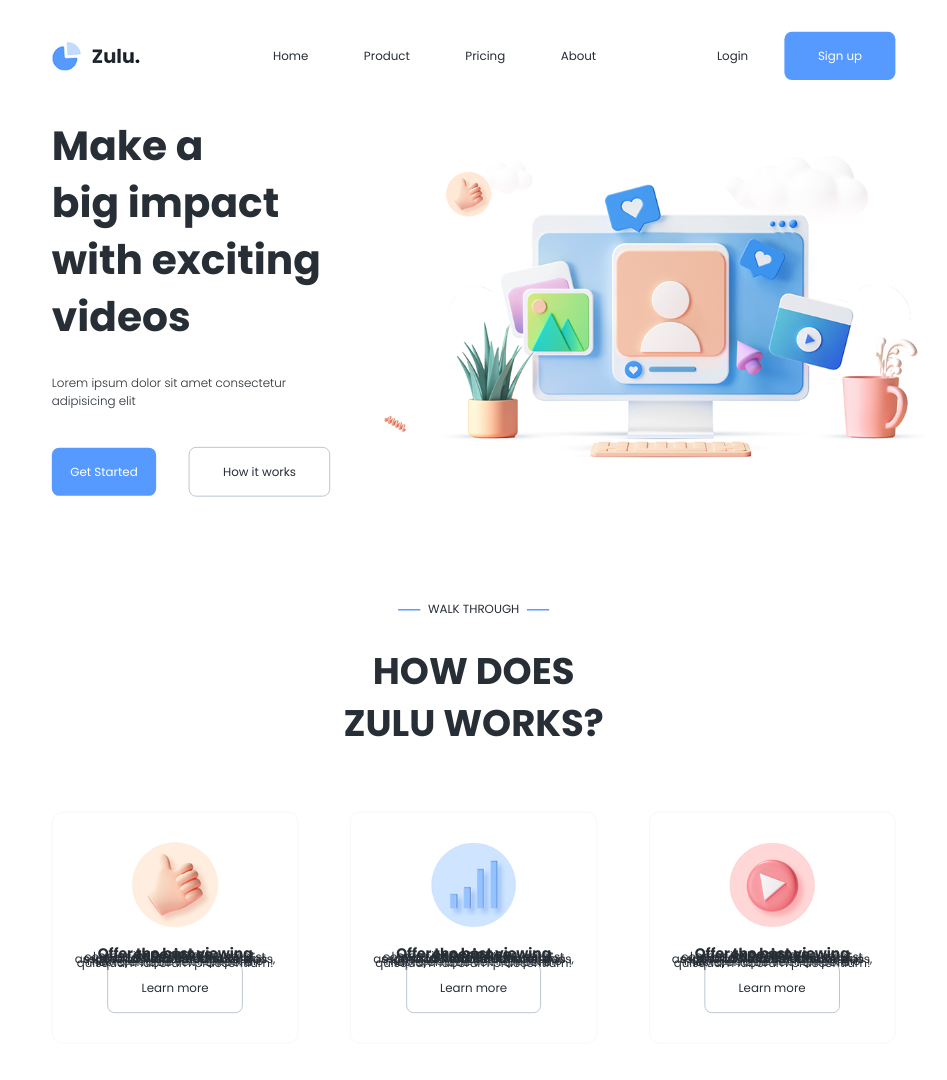
Repository: baodien1405/zulu-landing-page
Page: index.html
The author's editor kept a copy of each file at every save. The page is drawn from the files as they stood at one save, then again after the next save.
The browser window is 1280 px wide. The pictures show the whole page, at 74% of full size.
The style sheet was rebuilt from its Sass, Less or Tailwind sources for each picture, by a compiler version that may differ from the author's.

Above is the page before, as saved 2021-06-22 16:52:55.

After the next save:
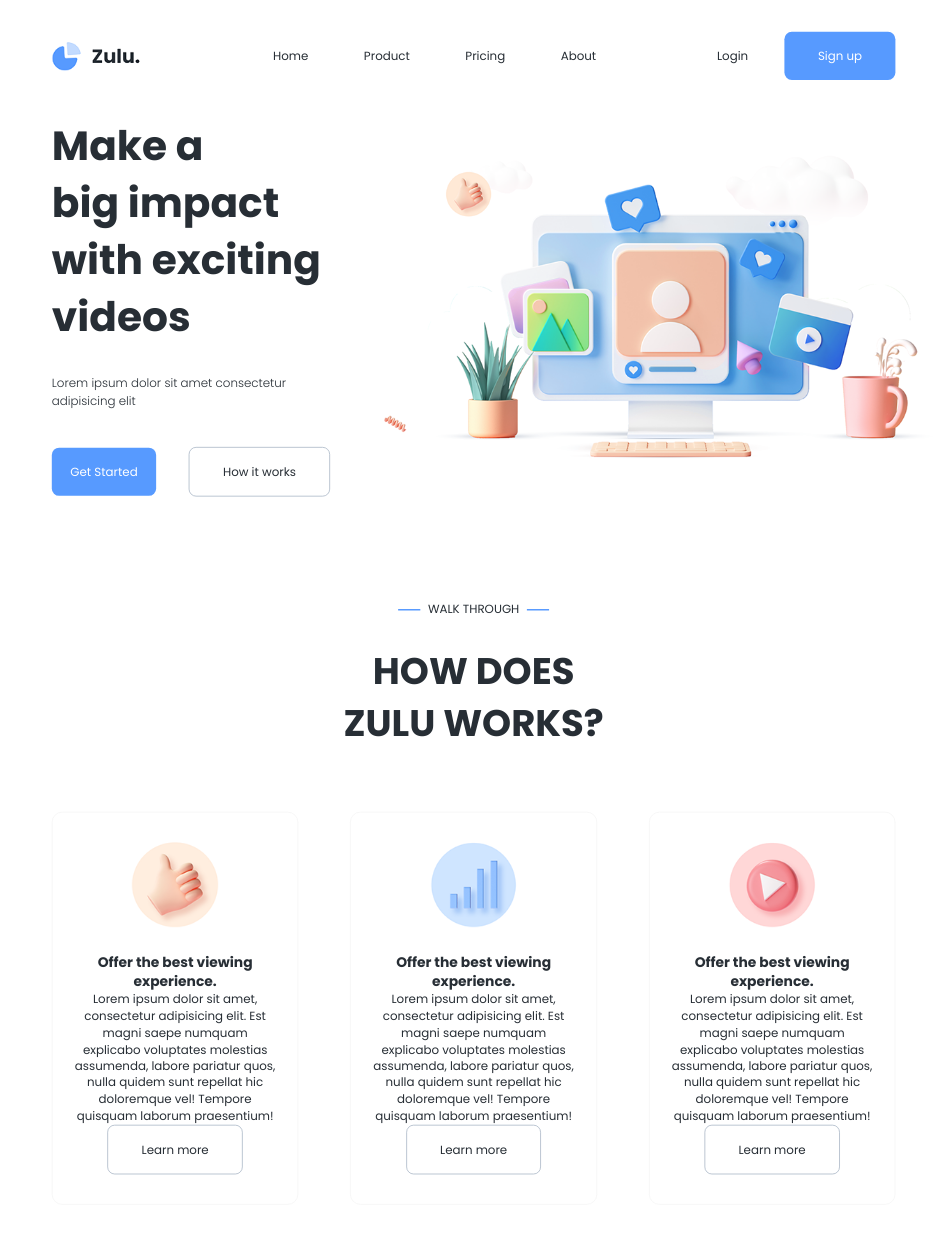
Saved 4 s later.
--- a/_work.scss
+++ b/_work.scss
@@ -17,7 +17,7 @@
     justify-content: center;
     flex-direction: column;
     text-align: center;
-    line-height: 1.4px;
+    line-height: 1.4;
   }
 
   &-image {
